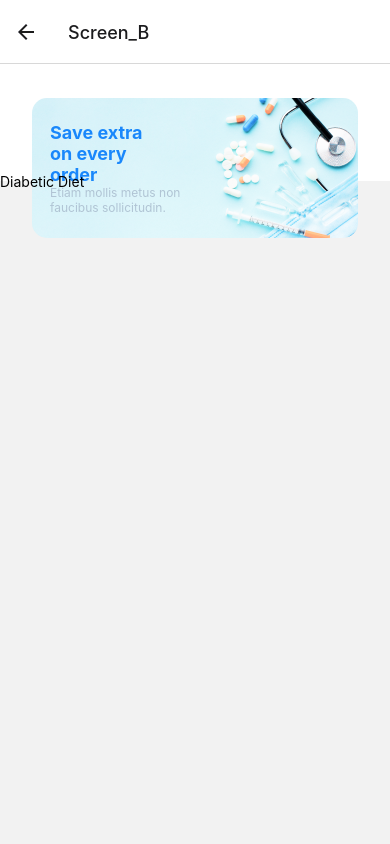
Repository: ntu34543/designReactNative
Screen: /Screen_B
These files come from the project's save history. The screen is drawn as it stood at one moment and after the next save; the edit follows.
The app was drawn by React Native's web renderer in a window 390 px wide. The project was rebuilt for these pictures with package versions that can differ from the ones it lists, and the page was loaded fresh each time.

Above is the screen before, as saved 2022-10-18 16:48:38.

After the next save:
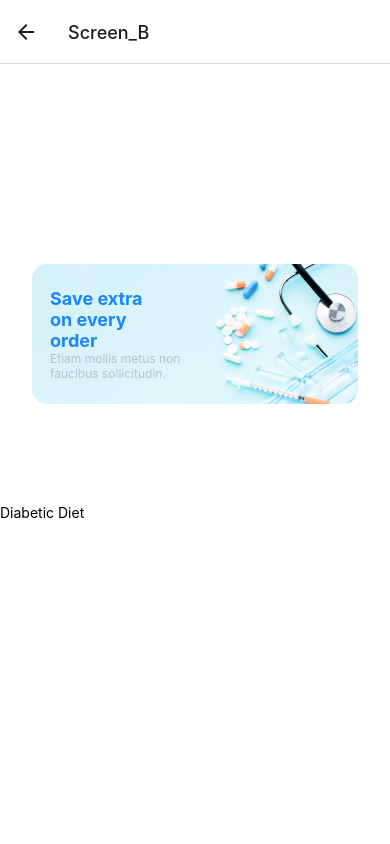
Saved 6 s later.
--- a/page/DiabetesCare.js
+++ b/page/DiabetesCare.js
@@ -29,7 +29,7 @@ export default function ScreenB({ navigation }) {
 
 const styles = StyleSheet.create({
   body: {
-    // flex: 1,
+    flex: 1,
     backgroundColor: "white",
   },
   text: {
